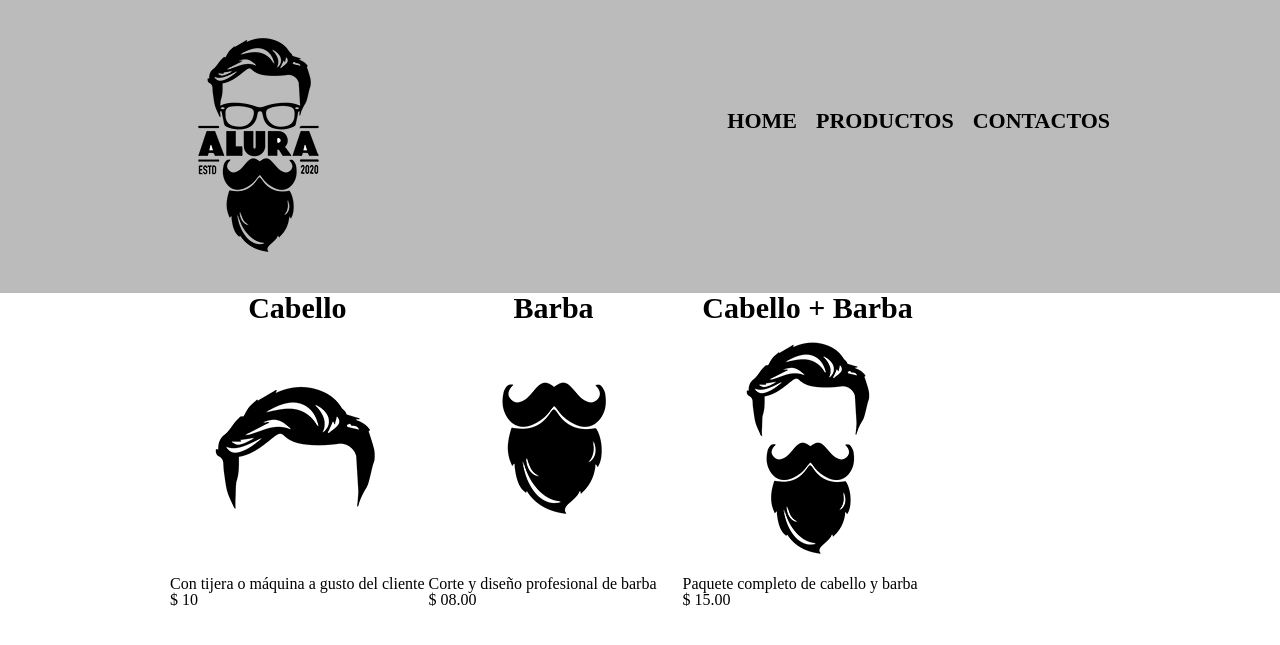
Repository: Ciromontes/Barber-a
Page: productos.html
These files come from the project's save history. The page is drawn as it stood at one moment and after the next save; the edit follows.
The browser window is 1280 px wide. The pictures show the whole page.

Above is the page before, as saved 2022-12-23 20:17:36.

### productos.html
<!DOCTYPE html>
<html>
    <head>
        <meta http-equiv="Content-Type" content="text/html;charset=UTF-8">
        <title>Productos - Barbería Alura</title>
        <link rel="stylesheet" href="reset.css">
        <link rel="stylesheet" href="productos.css">
    </head>

    <body>
        <header>
            <div class="caja">
                <h1><img src="logos/logo.png"></h1>
            <nav>
                <ul>
                    <li><a href="index.html">Home</a></li>
                    <li><a href="productos.html">Productos</a></li>
                    <li><a href="Contacto.html">Contactos</a></li>

                </ul>

            </nav>

            </div>

        </header>
        <main>
            <ul class="productos">
                <li>
                    <h2>Cabello</h2>
                    <img src="logos/cabello.jpg" alt="">
                    <p>Con tijera o máquina a gusto del cliente</p>
                    <p>$ 10</p>

                </li>
                <li>
                    <h2>Barba</h2>
                    <img src="logos/barba.jpg" alt="">
                    <p>Corte y diseño profesional de barba</p>
                    <p>$ 08.00</p>

                </li>
                <li>
                    <h2>Cabello + Barba</h2>
                    <img src="logos/cabello+barba.jpg" alt="">
                    <p>Paquete completo de cabello y barba</p>
                    <p>$ 15.00</p>

                </li>
            </ul>



        </main>

    </body>
</html>

### productos.css
header{
    background-color: #BBBBBB;
}
.caja{
    width: 940px;
    position: relative;
    margin: 0 auto;
    padding: 20px 0;
}

nav li{
    display:inline;
    margin: 0 0 0 15px;

}
nav{
    position: absolute;
    top: 110px;
    right: 0;
}

nav a{
    text-transform: uppercase;
    color:#000000;
    font-weight: bold;
    font-size: 22px;
    text-decoration: navajowhite;


}

.productos{
    width: 940px;
    margin: 0 auto;
}

.productos li{
    display: inline-block;
}

.productos h2{
    text-align: center;
    font-size: 30px;
    font-weight: bold;
}

Loaded but not shown: reset.css (common file)

After the next save:
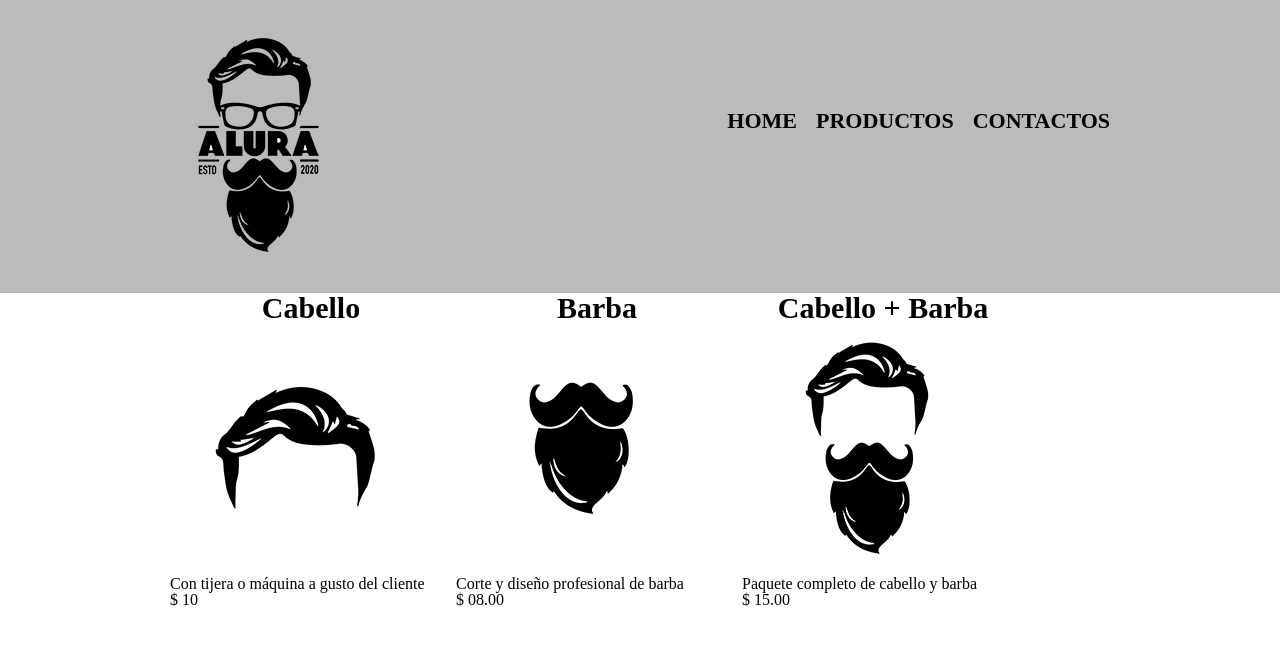
Saved 114 s later.
--- a/productos.css
+++ b/productos.css
@@ -36,6 +36,9 @@
 
 .productos li{
     display: inline-block;
+    width: 30%;
+    vertical-align: top;
+
 }
 
 .productos h2{
